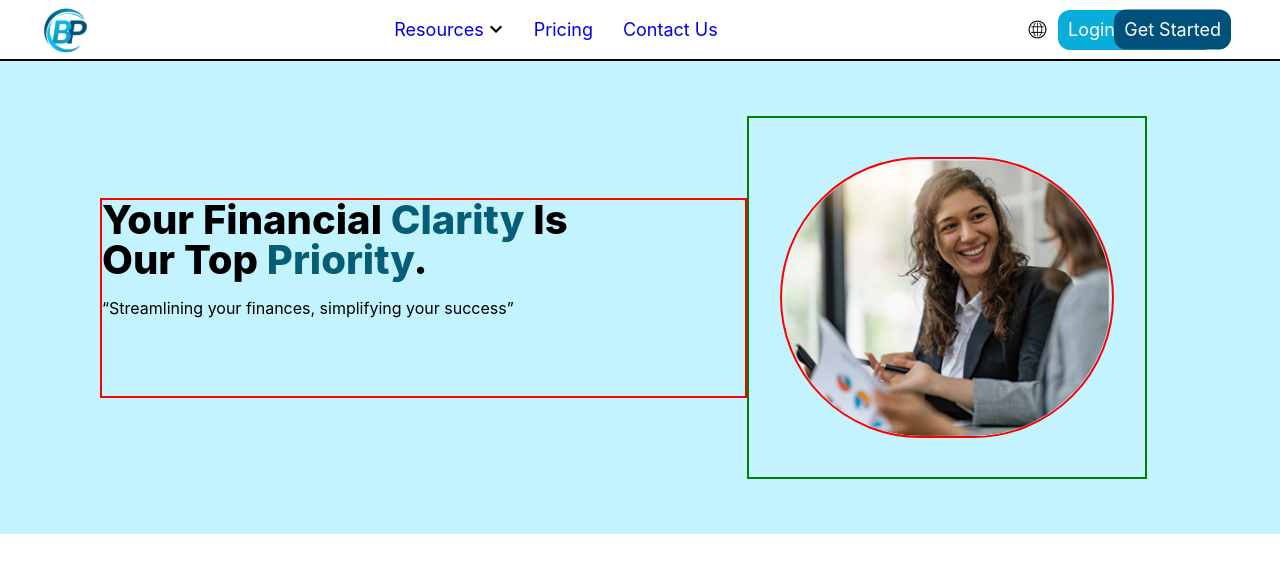
Repository: dark-txch/Bizpadi
Page: /
An editor plug-in stored every save of this project. The page is shown before and after a run of saves, followed by the edit.
The browser window is 1280 px wide. The pictures show the whole page.
The project was rebuilt for these pictures with package versions that can differ from the ones it lists, and the page was loaded fresh each time. Also part of the build but not shown: vite.config.js.

Above is the page before, as saved 2025-04-02 05:06:28.

### index.html
<!DOCTYPE html>
<html lang="en">
	<head>
		<meta charset="UTF-8" />
		<link rel="icon" type="image/svg+xml" href="/public/logo.svg" />
		<meta name="viewport" content="width=device-width, initial-scale=1.0" />
		<title>Bizpadi</title>
	</head>
	<body>
		<div id="root"></div>
		<script type="module" src="/src/main.jsx"></script>
	</body>
</html>

### src/index.css
:root {
	font-family: system-ui, Avenir, Helvetica, Arial, sans-serif;
	line-height: 1.5;
	font-weight: 400;

	color-scheme: light dark;
	color: black;
	background-color: white;

	font-synthesis: none;
	text-rendering: optimizeLegibility;
	-webkit-font-smoothing: antialiased;
	-moz-osx-font-smoothing: grayscale;
}

* {
	box-sizing: border-box;
	padding: 0;
	margin: 0;
	outline: none;
	border: none;
}

body {
	height: 100vh;
	width: 100vw;
	overflow: hidden;

	font-family: "inter", sans-serif;
}

a {
	text-decoration: none;
}

### src/App.jsx
import "./App.css";
import Nav from "./components/LandingPage/Nav";
import MidSection from "./components/LandingPage/MidSection";

function App() {
	return (
		<>
			<Nav />
			<MidSection />
		</>
	);
}

export default App;

### src/App.css
/*  LANDING PAGE/Main container */

@font-face {
	font-family: "MyCustomFont";
	src: url("/fonts/Inter/Inter-Italic-VariableFont_opsz,wght.ttf")
			format("truetype"),
		url("/fonts/Inter/Inter-VariableFont_opsz,wght.ttf") format("truetype");
	font-weight: normal;
	font-style: normal;
}

nav.homepage-nav {
	/*  this is the parent container */
	width: 100vw;
	height: 61px;
	display: flex;
	font-size: 18px;
	align-items: center;
	justify-content: space-between;
	border-bottom: 2px solid #000;
	box-shadow: 1px 1px 2px 0px rgba(0, 0, 0, 0.25%);
}

nav.homepage-nav .logo {
	/* this is the first div "LOGO" */
	margin-left: 30px;
	margin-top: 10px;
}

nav.homepage-nav :nth-child(2) a {
	/* this is the middle div */
	width: 309px;
	height: 24px;
	position: relative;
}

.homepage-nav div:nth-child(2) a:nth-of-type(1) {
	margin-right: 50px;
}

.homepage-nav div:nth-child(2) a:nth-of-type(2) {
	margin-right: 30px;
}

nav.homepage-nav :nth-child(2) a > img {
	position: absolute;
}

.homepage-nav div:nth-child(3) {
	/* this is the login and get started container .. the third div*/
	width: 218px;
	height: 40px;
	display: flex;
	justify-content: center;
	align-items: center;
	gap: 10px;
	position: relative;
	color: white;
	border-radius: 12px;
	margin-right: 50px;
}

.homepage-nav div:nth-child(3) a:nth-of-type(1) {
	/* this is the login button */
	background-color: #09adda;
	color: inherit;
	display: inline-block;
	width: 157px;
	padding: 8px;
	height: inherit;
	padding-left: 10px;
	border-radius: inherit;
	display: flex;
	align-items: center;
}

.homepage-nav div:nth-child(3) a:nth-of-type(2) {
	/* this is the signup button */
	background-color: #00517a;
	color: inherit;
	display: inline-block;
	/* width: 110px; */
	padding-left: 10px;
	padding-right: 10px;
	height: inherit;
	border-radius: inherit;
	position: absolute;
	top: -2px;
	right: -10px;
	transform: translate(-9px, 1.5px);
	display: flex;
	align-items: center;
}

/* MIDSECTION */
.midSection {
	background-color: #c3f3ff;
	height: 473px;
	display: flex;
	align-items: center;
}

.landingPageMotto {
	display: inline-block;
	width: 647px;
	height: 200px;
	top: 166px;
	left: 113px;
	/* gap: 19px; */

	margin-left: 100px;

	border: 2px solid red;
}

.landingPageMotto > h1 {
	width: 538px;
	height: 96px;

	font-weight: 800;
	font-size: 40px;
	line-height: 100%;
	text-transform: capitalize;
}

.landingPageMotto > h1 span {
	color: #065d76;
}

.landingPageImages {
	position: relative;
	border: 2px solid green;
	width: 399.93px;
	height: 362.9px;
	display: flex;
	justify-content: center;
	align-items: center;
}

.landingPageImages > img {
	position: absolute;
}

.landingPageImages > img:nth-of-type(1) {
	width: 334.57px;
	height: 281.66px;

	border-radius: 150px;

	z-index: 100;

	border: 2px solid red;
}

.landingPageImages > img:nth-of-type(2) {
	width: 175.07px;
	height: 184.4px;

	background-color: #65b0e799;
	opacity: 0.6;
}

### src/components/LandingPage/Nav.jsx
export default function Nav() {
	return (
		// Main Landing container, parent housing the landing page
		<>
			{/* Inside of the main is the nav element */}
			<nav className="homepage-nav">
				<div className="logo">
					<img src="/assets/icons/logo.svg" alt="Bizpadi icon" />
				</div>

				{/* Second div */}
				<div>
					<a href="#">
						Resources
						<img src="/assets/icons/dropdown.png" alt="dropdown icon" />
					</a>
					<a href="#">Pricing</a>
					<a href="#">Contact Us</a>
				</div>

				{/* Third div */}
				<div>
					<img src="/assets/icons/world.png" alt="world" />
					<a href="#">Login</a>
					<a href="#">Get Started</a>
				</div>
			</nav>
		</>
	);
}

### src/components/LandingPage/MidSection.jsx
export default function MidSection() {
	return (
		<section className="midSection">
			<div className="landingPageMotto">
				<h1>
					Your financial <span>clarity</span> is our top <span>priority</span>.
				</h1>
				<p>“Streamlining your finances, simplifying your success”</p>
			</div>

			{/* This is the images section in the mid section */}
			<div className="landingPageImages">
				<img src="/assets/images/smiley.png" alt="smiley" />
				<img src="/assets/images/Vector-black.png" alt="vector-black" />
				<img src="/assets/images/Vector-blue.png" alt="vector-blue" />
				<img src="/assets/images/Vector-orange.png" alt="vector-orange" />
				<img src="/assets/images/Vector.png" alt="vector" />
			</div>
		</section>
	);
}

Loaded but not shown: src/main.jsx (common file)

After the next 5 saves:
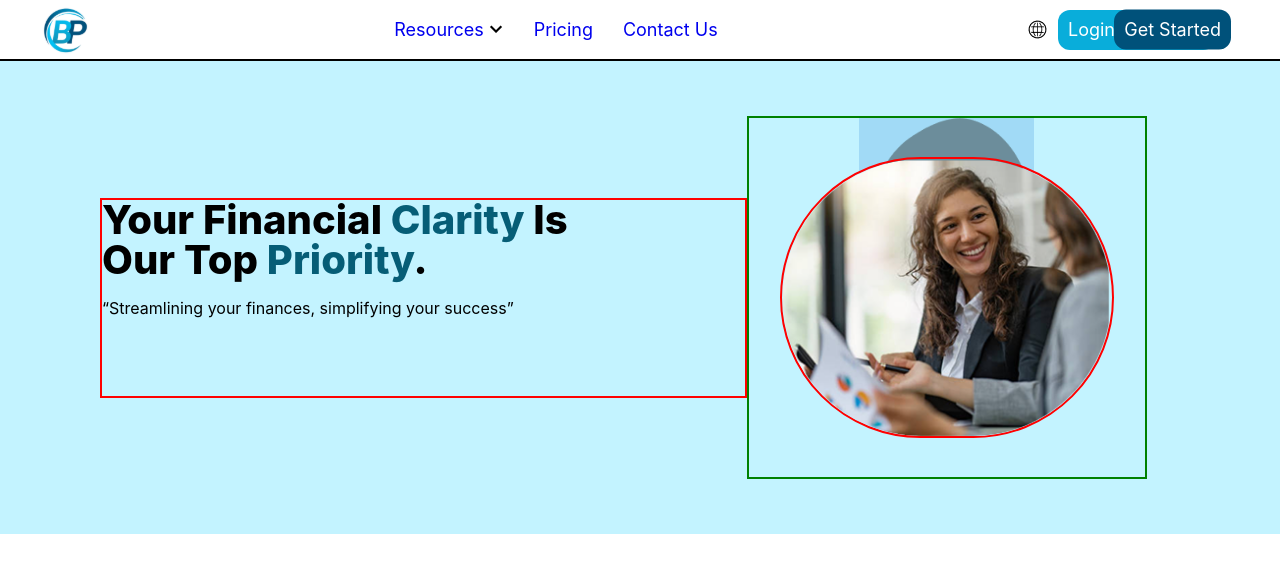
The 5 saves are shown as one change because they came seconds apart.
The last was saved 43 s later.
--- a/src/App.css
+++ b/src/App.css
@@ -156,6 +156,9 @@ nav.homepage-nav :nth-child(2) a > img {
 	width: 175.07px;
 	height: 184.4px;
 
+	top: 0;
+	left: ;
+
 	background-color: #65b0e799;
 	opacity: 0.6;
 }
